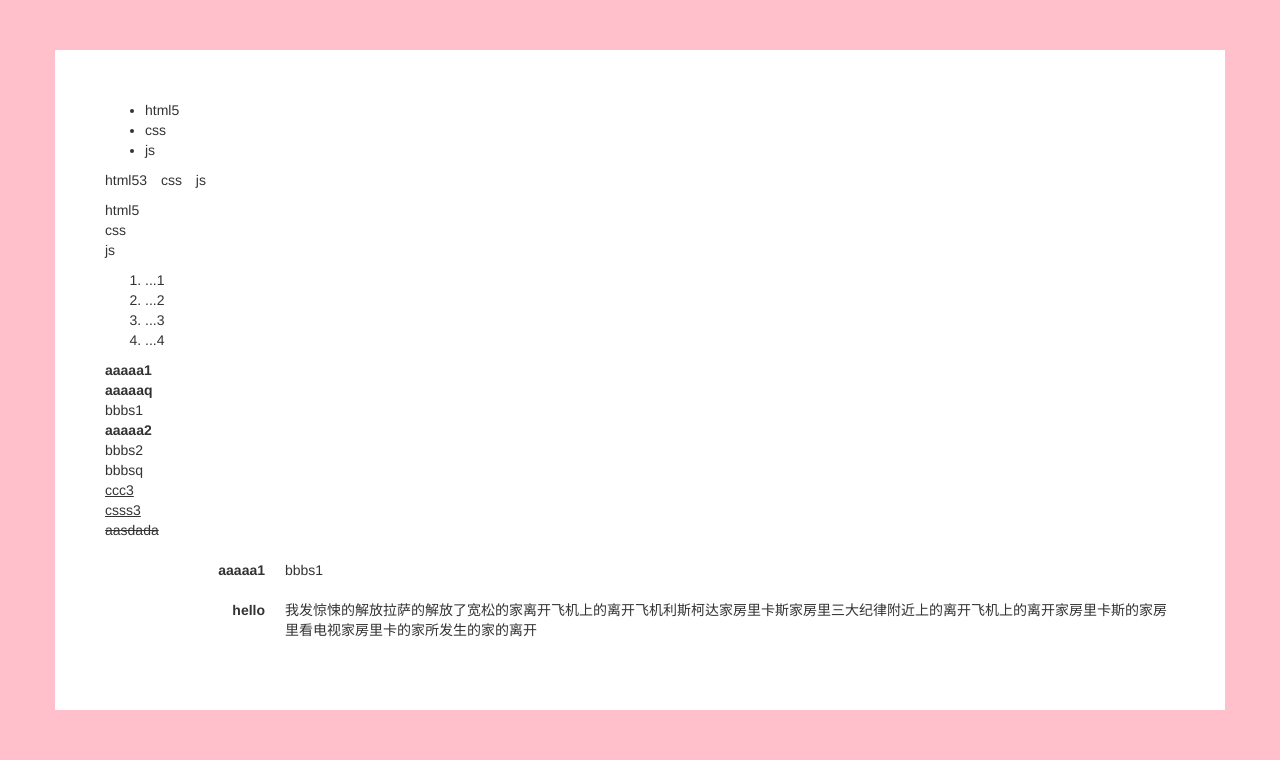
Repository: linkosong/mine
Page: workspaces/activity/src/main/webapp/WEB-INF/html/list.html
The author's editor kept a copy of each file at every save. The page is drawn from the files as they stood at one save, then again after the next save.
The browser window is 1280 px wide. The pictures show the whole page.

Above is the page before, as saved 2016-11-15 07:35:09.

After the next save:
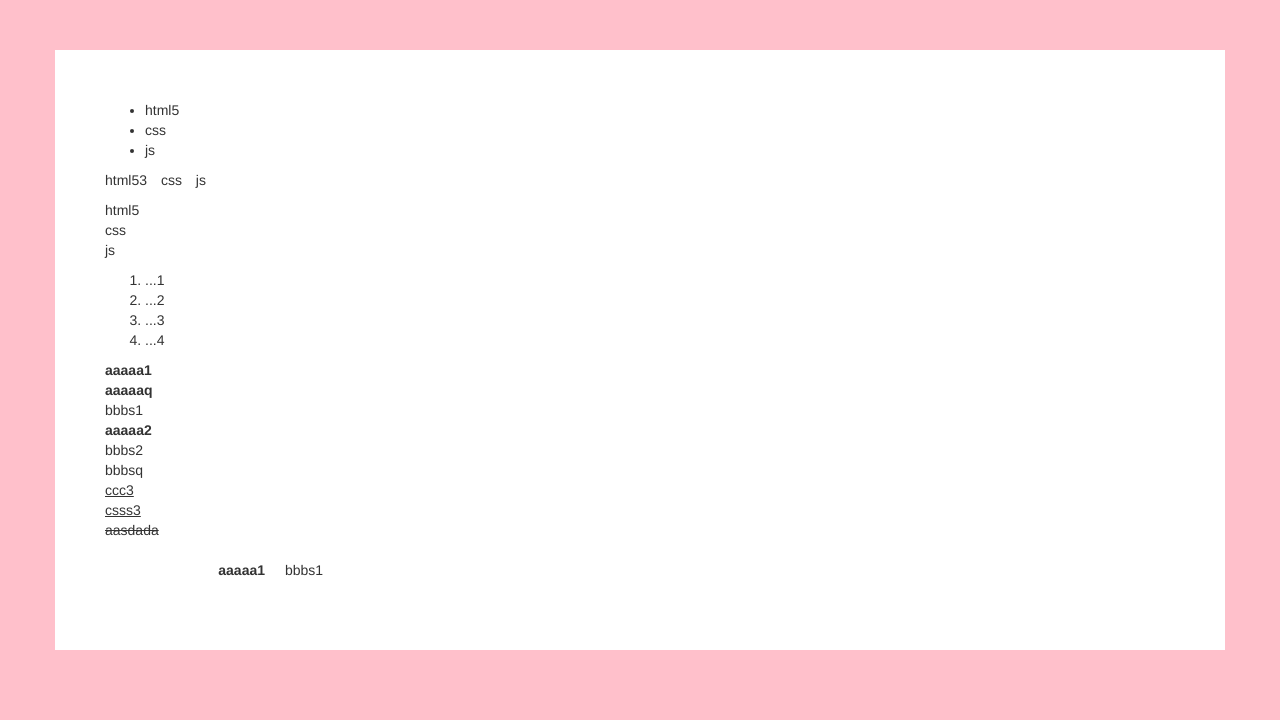
Saved 14 s later.
--- a/workspaces/activity/src/main/webapp/WEB-INF/html/list.html
+++ b/workspaces/activity/src/main/webapp/WEB-INF/html/list.html
@@ -49,10 +49,6 @@
 			    <dt>aaaaa1</dt>
 			    <dd>bbbs1</dd>
 			  </dl>
-			  <dl class="dl-horizontal">
-    <dt>hello</dt>
-    <dd>我发惊悚的解放拉萨的解放了宽松的家离开飞机上的离开飞机利斯柯达家房里卡斯家房里三大纪律附近上的离开飞机上的离开家房里卡斯的家房里看电视家房里卡的家所发生的家的离开</dd>
-</dl>
 		</div>
 	</div>
 	</body>
